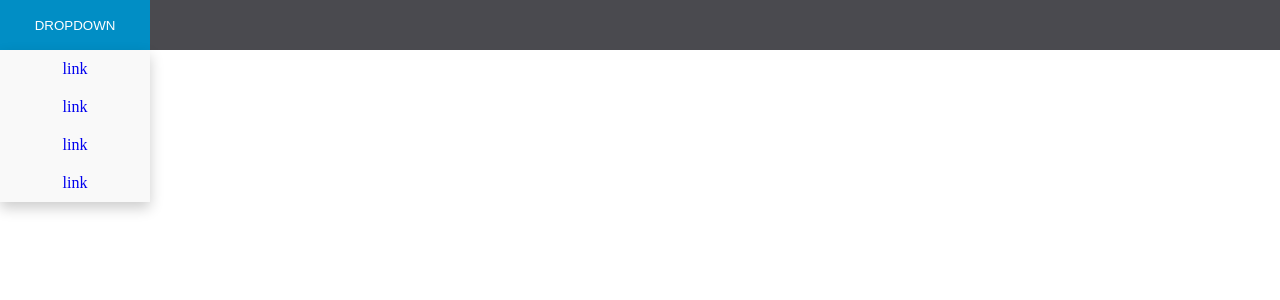
Repository: meghdadyazdi/CSS-Witchcraft_Dropdown
Page: index.html
The author's editor kept a record of every edit. The page is drawn from the files as they stood at one moment, then again after the next edit.
The browser window is 1280 px wide. The pictures show the whole page.

Above is the page before.

### index.html
<!DOCTYPE html>
<html lang="en">
<head>
    <meta charset="UTF-8">
    <meta name="viewport" content="width=device-width, initial-scale=1.0">
    <meta http-equiv="X-UA-Compatible" content="ie=edge">
    <link rel="stylesheet" href="main.css" type="text/css" />
    <title>Document</title>
</head>
<body>
    <nav class="navDefault">
        <div class="dropDown">
            <button>Dropdown</button>
            <!--ul.dropDownMenu>li.dropdownItem*4>a.dropDownLinke{link}-->
            <ul class="dropDownMenu">
            <li class="dropdownItem"><a href="#" class="dropDownLinke">link</a></li>
            <li class="dropdownItem"><a href="#" class="dropDownLinke">link</a></li>
            <li class="dropdownItem"><a href="#" class="dropDownLinke">link</a></li>
            <li class="dropdownItem"><a href="#" class="dropDownLinke">link</a></li>
        </ul>
        </div>
    </nav>
</body>
</html>

### main.css
.navDefault{
    position: fixed;
    top: 0;
    left: 0;
    right: 0;
    background-color: #4a4a4f;
}

button{
    border: none;
    background-color: #0997d3;
    width: 150px;
    height: 50px;
    color: #fff;
    cursor: pointer;
    text-transform: uppercase;
}
.dropDownMenu{
    list-style: none;
    margin: 0;
    padding: 0;
    position: absolute;
    left: 0;
    right: 0;
    top: 50px;
    width: 150px;

    box-shadow: 0px 6px 13px 0px rgba(0,0,0,0.2);
}

.dropDownLinke{
    text-decoration: none;
    display: block;
    text-align: center;
    background-color: #f9f9f9;
    padding: 10px 5px;
    transition: background-color .5s ease-in-out, color .5s ease-in-out;

}

.dropDownLinke:hover{
    color: #fff;
    background-color: #a0a0a2
}

.dropDown{
    width: 150px;
    position: relative;/*It will be relative to the fixed position of the buttom*/
}
.dropDown:hover button{
    background-color: #018ec5;
}

After the next edit:
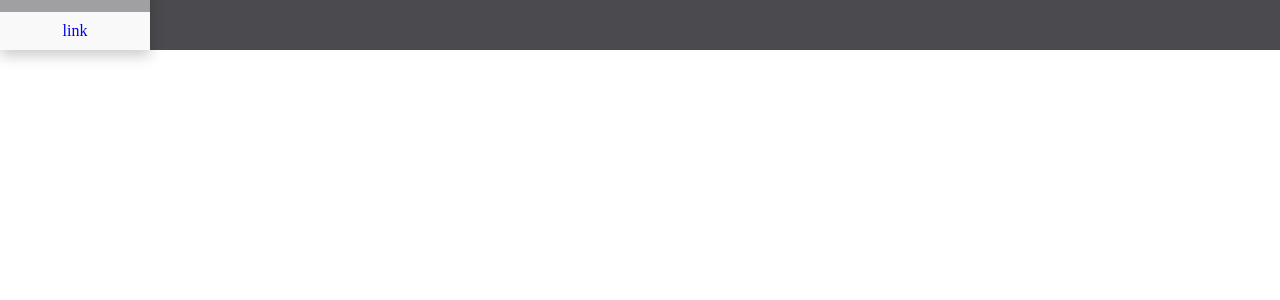
The edit:
--- a/main.css
+++ b/main.css
@@ -26,6 +26,8 @@
     width: 150px;
 
     box-shadow: 0px 6px 13px 0px rgba(0,0,0,0.2);
+
+    transform: translateY(-100%); /*By default it is set off the screen*/
 }
 
 .dropDownLinke{
